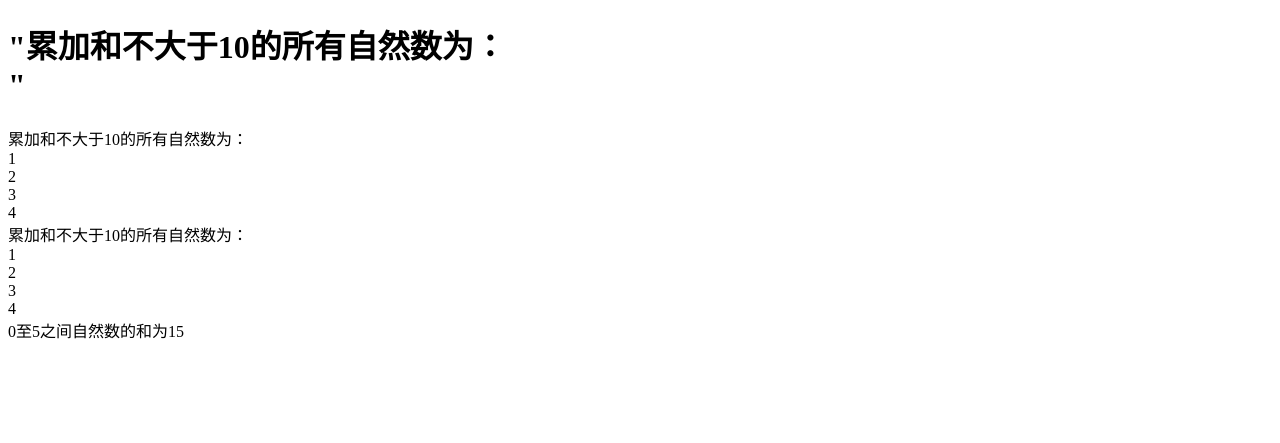
Repository: bookFireFly/bookFireFly
Page: JavaScriptMingriBook/Main/07累计和不大于10的自然数.html
An editor plug-in stored every save of this project. The page is shown before and after the next save, followed by the edit.
The browser window is 1280 px wide. The pictures show the whole page.

Above is the page before, as saved 2017-10-18 15:03:05.

### JavaScriptMingriBook/Main/07累计和不大于10的自然数.html
<!DOCTYPE html>
<html>
<head>
<meta charset="UTF-8">
<title>07累计和不大于10的自然数</title>
</head>
<body>
<h1>"累加和不大于10的所有自然数为：<br>"</h1>
<script type="text/javascript">
var i=1;
var sum=i;
document.write("累加和不大于10的所有自然数为：<br>")
while(sum<10){
	sum=sum+i;
	document.write(i+"<br>");
	i++;
}
</script>
<script type="text/javascript">
var sum=0;
var i=1;
document.write("累加和不大于10的所有自然数为：<br>")
do{
	sum=sum+i
	document.write(i+"<br>");
	i++
}while(sum<10);
</script>
<script type="text/javascript">
var sum=0;
for(i=0;i<100;i++){
	sum=sum+i
	if(sum>10) break;
}
document.write("0至"+i+"之间自然数的和为"+sum);
</script>
</body>
</html>

After the next save:
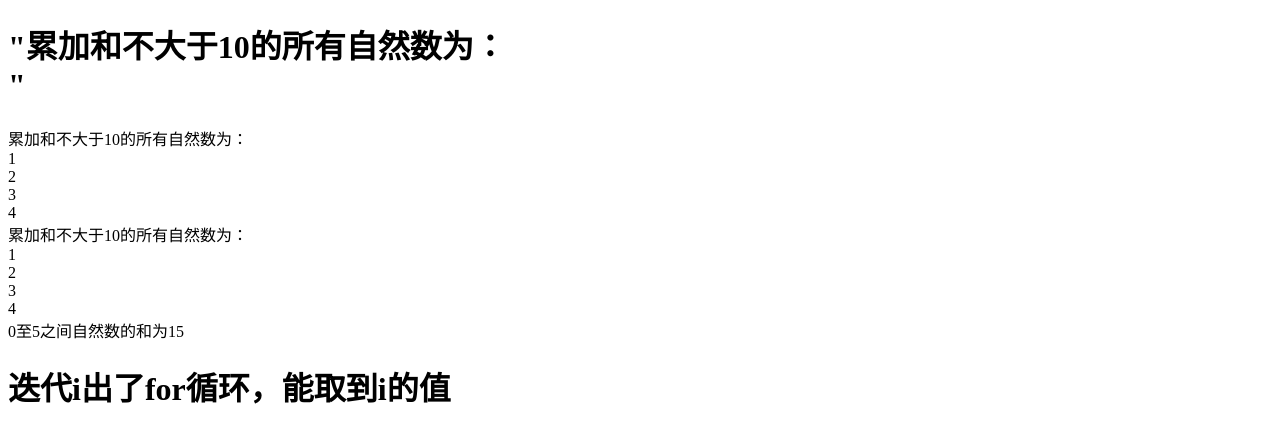
Saved 50 s later.
--- a/JavaScriptMingriBook/Main/07累计和不大于10的自然数.html
+++ b/JavaScriptMingriBook/Main/07累计和不大于10的自然数.html
@@ -34,5 +34,6 @@ for(i=0;i<100;i++){
 }
 document.write("0至"+i+"之间自然数的和为"+sum);
 </script>
+<h1>迭代i出了for循环，能取到i的值</h1>
 </body>
 </html>
